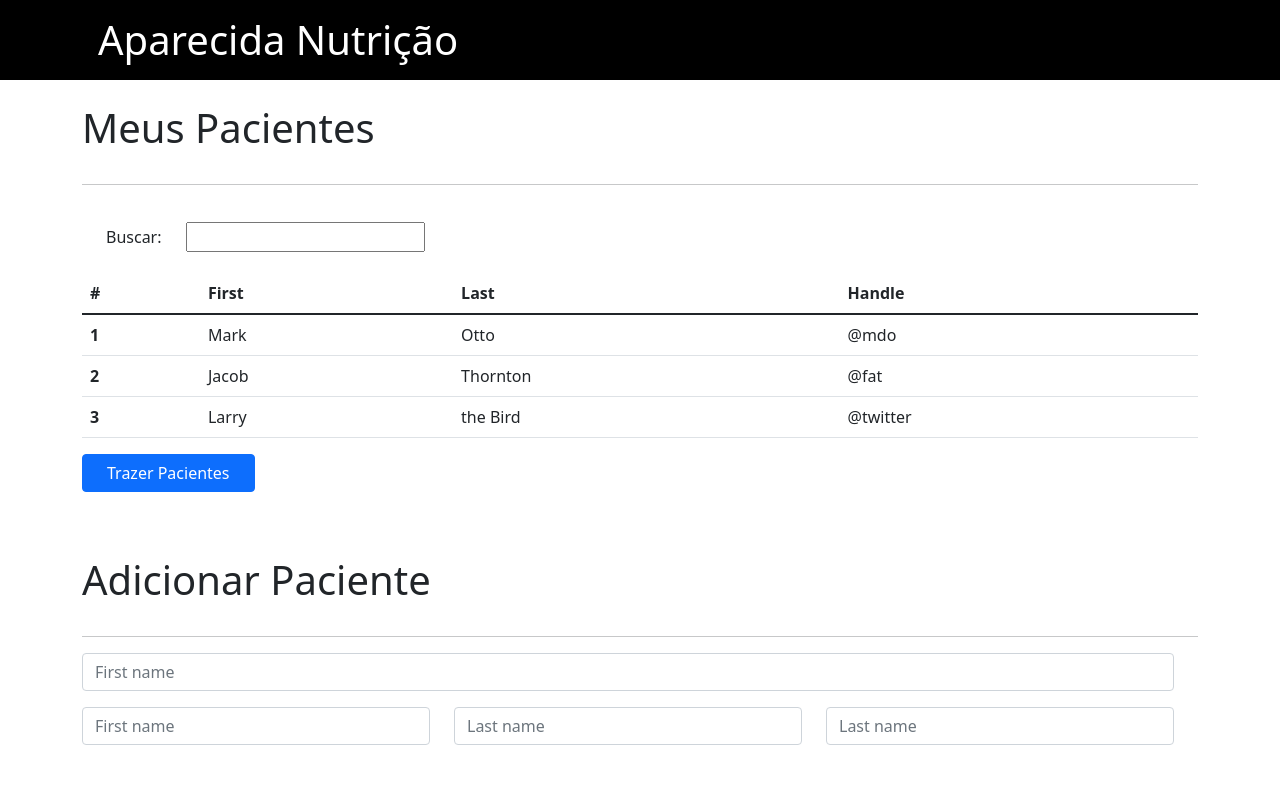
Repository: eversonps/app-paciente
Page: / (app in frontend/)
The author's editor kept a copy of each file at every save. The page is drawn from the files as they stood at one save, then again after the next save.
The browser window is 1280 px wide. The pictures show the whole page.
The project was rebuilt for these pictures with package versions that can differ from the ones it lists, and the page was loaded fresh each time.

Above is the page before, as saved 2022-03-28 14:33:39.

### frontend/src/index.js
import React from 'react';
import ReactDOM from 'react-dom';
import './index.css';
import App from './App';
import  '../node_modules/bootstrap/dist/css/bootstrap.min.css'

ReactDOM.render(
    <App />,
    document.getElementById('root')
);

### frontend/src/App.jsx
import Header from "./components/Header";
import MyPacients from "./components/MyPacients";
import Main from "./components/Main"
import AddPacient from "./components/AddPacient";

function App() {
  return (
    <div className="App">
        <Header></Header>
        <Main>
            <MyPacients></MyPacients>
            <AddPacient></AddPacient>
        </Main>
    </div>
  );
}

export default App;

### frontend/src/components/Header.jsx
import React from "react";

export default props => {
    return (
        <header className="bg-black">
            <div className="container">
                <h1 className="text-white p-3">Aparecida Nutrição</h1>
            </div>
        </header>
    )
}

### frontend/src/components/MyPacients.jsx
import React from "react";
import FilterPacients from "../Templates/FilterPacients";
import Table from "../Templates/Table";
import Title from "../Templates/Title";

export default props => (
    <div>
        <Title name="Meus Pacientes"></Title>

        <FilterPacients></FilterPacients>
        <Table></Table>
    </div>
)

### frontend/src/components/Main.jsx
import React from "react";

export default props => (
    <main className="container">
        {props.children}
    </main>
)

### frontend/src/components/AddPacient.jsx
import React from "react";
import FormPacients from "../Templates/FormPacients";
import Title from "../Templates/Title"

export default props => (
    <div className="py-5">
        <Title name="Adicionar Paciente"></Title>
        <FormPacients></FormPacients>
    </div>
)

### frontend/src/Templates/FilterPacients.jsx
import React from "react";

export default props => (
    <div>
        <label className="m-4">Buscar: </label>
        <input type="text" />
    </div>
)

### frontend/src/Templates/Table.jsx
import React from "react";

export default props => (
    <div>
        <table class="table">
        <thead class="thead-dark">
            <tr>
            <th scope="col">#</th>
            <th scope="col">First</th>
            <th scope="col">Last</th>
            <th scope="col">Handle</th>
            </tr>
        </thead>
        <tbody>
            <tr>
            <th scope="row">1</th>
            <td>Mark</td>
            <td>Otto</td>
            <td>@mdo</td>
            </tr>
            <tr>
            <th scope="row">2</th>
            <td>Jacob</td>
            <td>Thornton</td>
            <td>@fat</td>
            </tr>
            <tr>
            <th scope="row">3</th>
            <td>Larry</td>
            <td>the Bird</td>
            <td>@twitter</td>
            </tr>
            </tbody>
        </table>
        <a class="btn btn-primary px-4" href="#" role="button">Trazer Pacientes</a>
    </div>

)

### frontend/src/Templates/Title.jsx
import React from "react";

export default props => (
    <div>
        <h1 className="pt-3 py-3">{props.name}</h1>
        <hr />
    </div>
)

### frontend/src/Templates/FormPacients.jsx
import React from "react";

export default props => (
    <form>
        <div className="row">
            <div className="row mb-3">
                <div className="col">
                    <input type="text" className="form-control" placeholder="First name" />
                </div>
            </div>
            <div className="row">
                <div className="col">
                    <input type="text" className="form-control" placeholder="First name" />
                </div>
                <div className="col">
                    <input type="text" className="form-control" placeholder="Last name" />
                </div>
                <div className="col">
                    <input type="text" className="form-control" placeholder="Last name" />
                </div>
            </div>
        </div>
    </form>
)

Loaded but not shown: frontend/public/index.html (common file); frontend/src/index.css (common file)

After the next save:
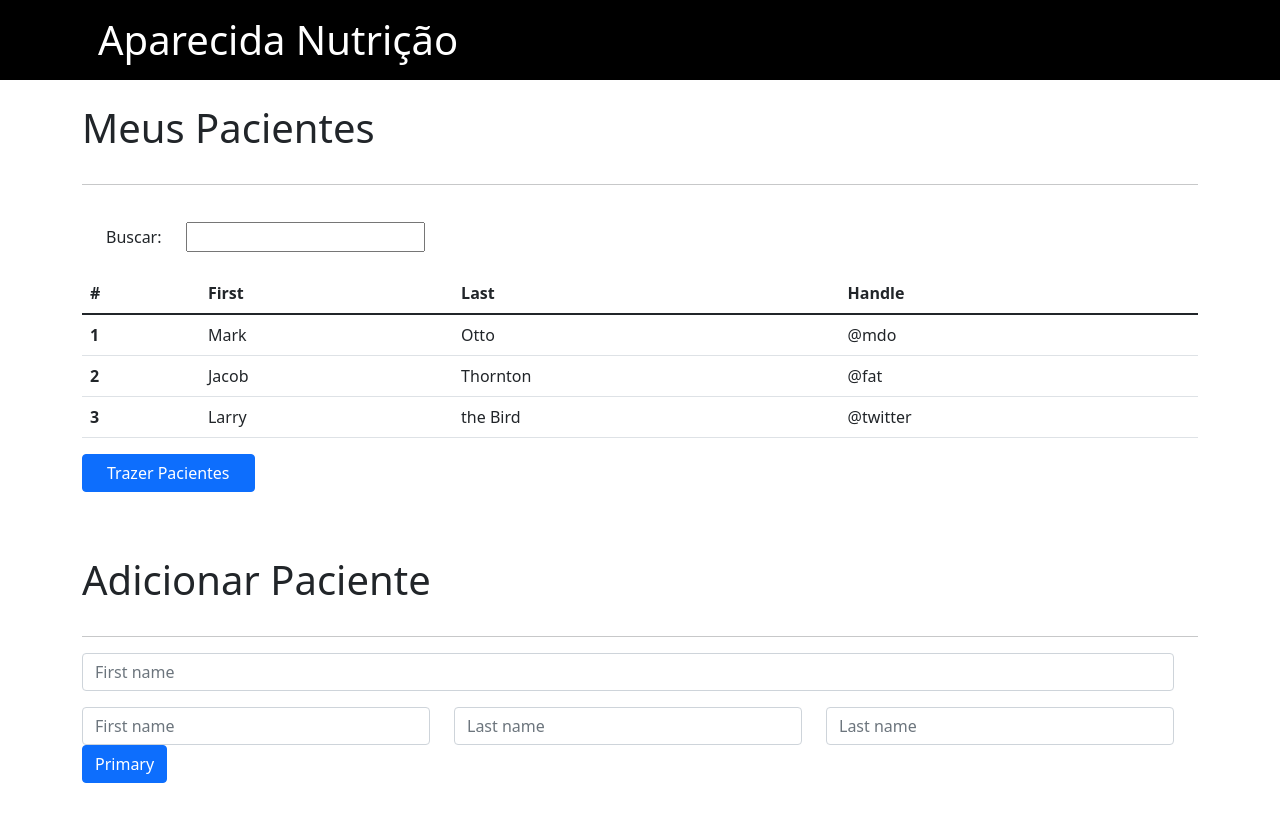
Saved 4 min 6 s later.
--- a/frontend/src/components/AddPacient.jsx
+++ b/frontend/src/components/AddPacient.jsx
@@ -6,5 +6,6 @@ export default props => (
     <div className="py-5">
         <Title name="Adicionar Paciente"></Title>
         <FormPacients></FormPacients>
+        <button type="button" class="btn btn-primary">Primary</button>
     </div>
 )
